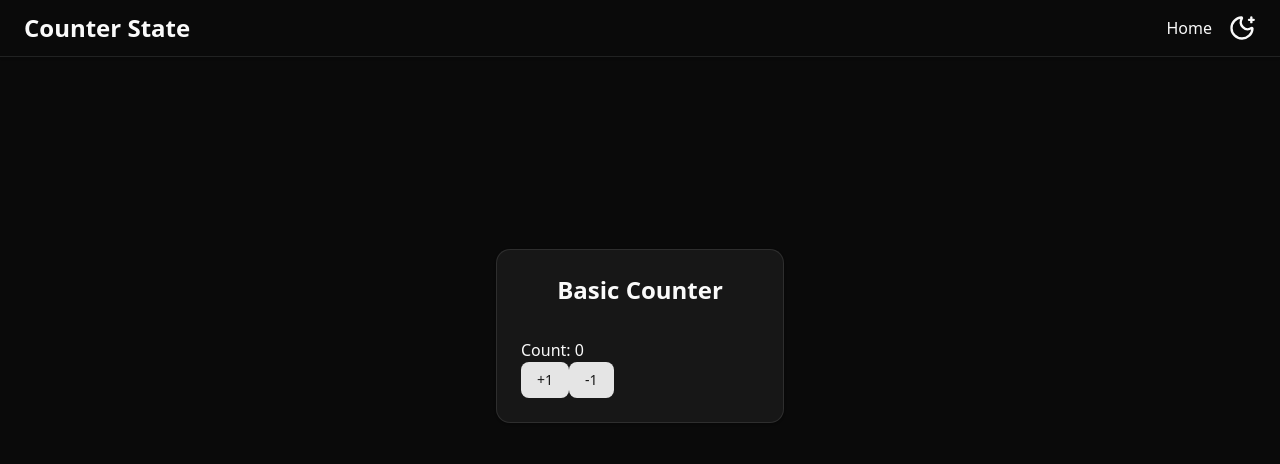
Repository: dev-piyushsarkar/counter-state-project
Page: /
An editor plug-in stored every save of this project. The page is shown before and after the next save, followed by the edit.
The browser window is 1280 px wide. The pictures show the whole page.
The project was rebuilt for these pictures with package versions that can differ from the ones it lists, and the page was loaded fresh each time. The framework's server and built-in components were replaced by stand-ins that run in the browser. Also part of the build but not shown: next.config.ts.

Above is the page before, as saved 2025-11-15 13:35:56.

### src/app/layout.tsx
import Header from "@/components/Header/Header";
import ThemeProvider from "@/components/Providers/ThemeProvider";
import "./globals.css";

type RootLayoutProps = {
	children: React.ReactNode;
};

const RootLayout = ({ children }: Readonly<RootLayoutProps>) => {
	return (
		<html
			lang="en"
			suppressHydrationWarning>
			<body>
				<ThemeProvider
					attribute={"class"}
					defaultTheme="dark"
					enableSystem={false}>
					<Header />

					<main className="mx-auto max-w-7xl px-6 py-3">{children}</main>
				</ThemeProvider>
			</body>
		</html>
	);
};

export default RootLayout;

### src/app/page.tsx
import { Button } from "@/components/shadcnui/button";
import {
	Card,
	CardContent,
	CardHeader,
	CardTitle,
} from "@/components/shadcnui/card";
import { Metadata } from "next";

export const metadata: Metadata = {
	title: "Nextjs Starter Frontend",
	description: "Production grade Next.js starter template",
};

const page = () => {
	return (
		<section className="grid h-[90dvh] place-items-center">
			<Card className="w-2xs">
				<CardHeader>
					<CardTitle className="text-center text-2xl font-semibold">
						Basic Counter
					</CardTitle>
				</CardHeader>
				<CardContent>
					<div className="">Count: 0</div>
					<div className="">
						<Button>+1</Button>
						<Button>-1</Button>
					</div>
				</CardContent>
			</Card>
		</section>
	);
};

export default page;

### src/components/Header/Header.tsx
import Link from "next/link";
import ThemeToggleButton from "../ThemeToggleButton";

const Header = () => {
	return (
		<header
			className="fixed right-0 left-0 border-b shadow"
			aria-label="app-header">
			<div className="mx-auto flex max-w-7xl items-center justify-between px-6 py-3">
				<Link href={"/"}>
					<h1
						className="text-2xl font-semibold"
						aria-label="App Name">
						Counter State
					</h1>
				</Link>

				<nav className="flex items-center gap-4">
					<Link href={"/"}>Home</Link>

					<ThemeToggleButton />
				</nav>
			</div>
		</header>
	);
};

export default Header;

### src/components/Providers/ThemeProvider.tsx
"use client";

import { ThemeProvider as NextThemesProvider } from "next-themes";
import { ComponentProps } from "react";

type ThemeProviderProps = ComponentProps<typeof NextThemesProvider>;

const ThemeProvider = ({ children, ...props }: ThemeProviderProps) => {
	return <NextThemesProvider {...props}>{children}</NextThemesProvider>;
};

export default ThemeProvider;

### src/components/shadcnui/button.tsx
import * as React from "react"
import { Slot } from "@radix-ui/react-slot"
import { cva, type VariantProps } from "class-variance-authority"

import { cn } from "@/lib/utils"

const buttonVariants = cva(
  "inline-flex items-center justify-center gap-2 whitespace-nowrap rounded-md text-sm font-medium transition-all disabled:pointer-events-none disabled:opacity-50 [&_svg]:pointer-events-none [&_svg:not([class*='size-'])]:size-4 shrink-0 [&_svg]:shrink-0 outline-none focus-visible:border-ring focus-visible:ring-ring/50 focus-visible:ring-[3px] aria-invalid:ring-destructive/20 dark:aria-invalid:ring-destructive/40 aria-invalid:border-destructive",
  {
    variants: {
      variant: {
        default: "bg-primary text-primary-foreground hover:bg-primary/90",
        destructive:
          "bg-destructive text-white hover:bg-destructive/90 focus-visible:ring-destructive/20 dark:focus-visible:ring-destructive/40 dark:bg-destructive/60",
        outline:
          "border bg-background shadow-xs hover:bg-accent hover:text-accent-foreground dark:bg-input/30 dark:border-input dark:hover:bg-input/50",
        secondary:
          "bg-secondary text-secondary-foreground hover:bg-secondary/80",
        ghost:
          "hover:bg-accent hover:text-accent-foreground dark:hover:bg-accent/50",
        link: "text-primary underline-offset-4 hover:underline",
      },
      size: {
        default: "h-9 px-4 py-2 has-[>svg]:px-3",
        sm: "h-8 rounded-md gap-1.5 px-3 has-[>svg]:px-2.5",
        lg: "h-10 rounded-md px-6 has-[>svg]:px-4",
        icon: "size-9",
        "icon-sm": "size-8",
        "icon-lg": "size-10",
      },
    },
    defaultVariants: {
      variant: "default",
      size: "default",
    },
  }
)

function Button({
  className,
  variant,
  size,
  asChild = false,
  ...props
}: React.ComponentProps<"button"> &
  VariantProps<typeof buttonVariants> & {
    asChild?: boolean
  }) {
  const Comp = asChild ? Slot : "button"

  return (
    <Comp
      data-slot="button"
      className={cn(buttonVariants({ variant, size, className }))}
      {...props}
    />
  )
}

export { Button, buttonVariants }

### src/components/shadcnui/card.tsx
import * as React from "react"

import { cn } from "@/lib/utils"

function Card({ className, ...props }: React.ComponentProps<"div">) {
  return (
    <div
      data-slot="card"
      className={cn(
        "bg-card text-card-foreground flex flex-col gap-6 rounded-xl border py-6 shadow-sm",
        className
      )}
      {...props}
    />
  )
}

function CardHeader({ className, ...props }: React.ComponentProps<"div">) {
  return (
    <div
      data-slot="card-header"
      className={cn(
        "@container/card-header grid auto-rows-min grid-rows-[auto_auto] items-start gap-2 px-6 has-data-[slot=card-action]:grid-cols-[1fr_auto] [.border-b]:pb-6",
        className
      )}
      {...props}
    />
  )
}

function CardTitle({ className, ...props }: React.ComponentProps<"div">) {
  return (
    <div
      data-slot="card-title"
      className={cn("leading-none font-semibold", className)}
      {...props}
    />
  )
}

function CardDescription({ className, ...props }: React.ComponentProps<"div">) {
  return (
    <div
      data-slot="card-description"
      className={cn("text-muted-foreground text-sm", className)}
      {...props}
    />
  )
}

function CardAction({ className, ...props }: React.ComponentProps<"div">) {
  return (
    <div
      data-slot="card-action"
      className={cn(
        "col-start-2 row-span-2 row-start-1 self-start justify-self-end",
        className
      )}
      {...props}
    />
  )
}

function CardContent({ className, ...props }: React.ComponentProps<"div">) {
  return (
    <div
      data-slot="card-content"
      className={cn("px-6", className)}
      {...props}
    />
  )
}

function CardFooter({ className, ...props }: React.ComponentProps<"div">) {
  return (
    <div
      data-slot="card-footer"
      className={cn("flex items-center px-6 [.border-t]:pt-6", className)}
      {...props}
    />
  )
}

export {
  Card,
  CardHeader,
  CardFooter,
  CardTitle,
  CardAction,
  CardDescription,
  CardContent,
}

### src/components/ThemeToggleButton.tsx
"use client";

import { MoonStar, Sun } from "lucide-react";
import { useTheme } from "next-themes";

const ThemeToggleButton = () => {
	const { theme, setTheme } = useTheme();

	return (
		<button
			onClick={() => setTheme(theme === "dark" ? "light" : "dark")}
			className="flex cursor-pointer items-center">
			<Sun
				size={28}
				className="-rotate-90 opacity-100 transition-all duration-300 dark:rotate-0 dark:opacity-0"
			/>

			<MoonStar
				size={28}
				className="absolute -rotate-90 opacity-0 transition-all duration-300 dark:rotate-0 dark:opacity-100"
			/>
		</button>
	);
};

export default ThemeToggleButton;

### src/lib/utils.ts
import { clsx, type ClassValue } from "clsx";
import { twMerge } from "tailwind-merge";

export const cn: typeof clsx = (...inputs: ClassValue[]) => {
	return twMerge(clsx(inputs));
};

Loaded but not shown: src/app/globals.css (common file)

After the next save:
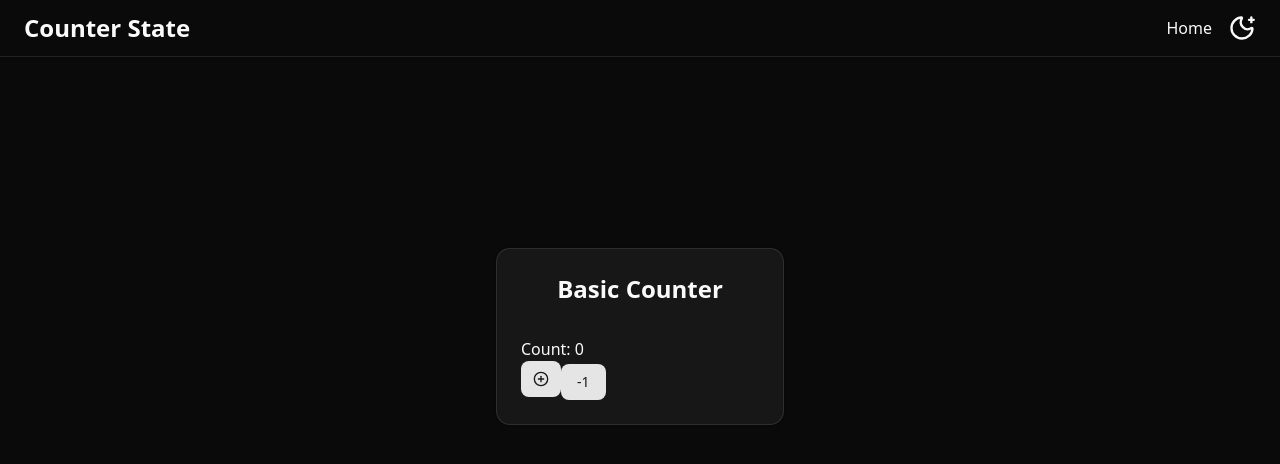
Saved 2 min 19 s later.
--- a/src/app/page.tsx
+++ b/src/app/page.tsx
@@ -5,6 +5,7 @@ import {
 	CardHeader,
 	CardTitle,
 } from "@/components/shadcnui/card";
+import { PlusCircleIcon } from "lucide-react";
 import { Metadata } from "next";
 
 export const metadata: Metadata = {
@@ -24,7 +25,9 @@ const page = () => {
 				<CardContent>
 					<div className="">Count: 0</div>
 					<div className="">
-						<Button>+1</Button>
+						<Button>
+							<PlusCircleIcon></PlusCircleIcon>
+						</Button>
 						<Button>-1</Button>
 					</div>
 				</CardContent>
